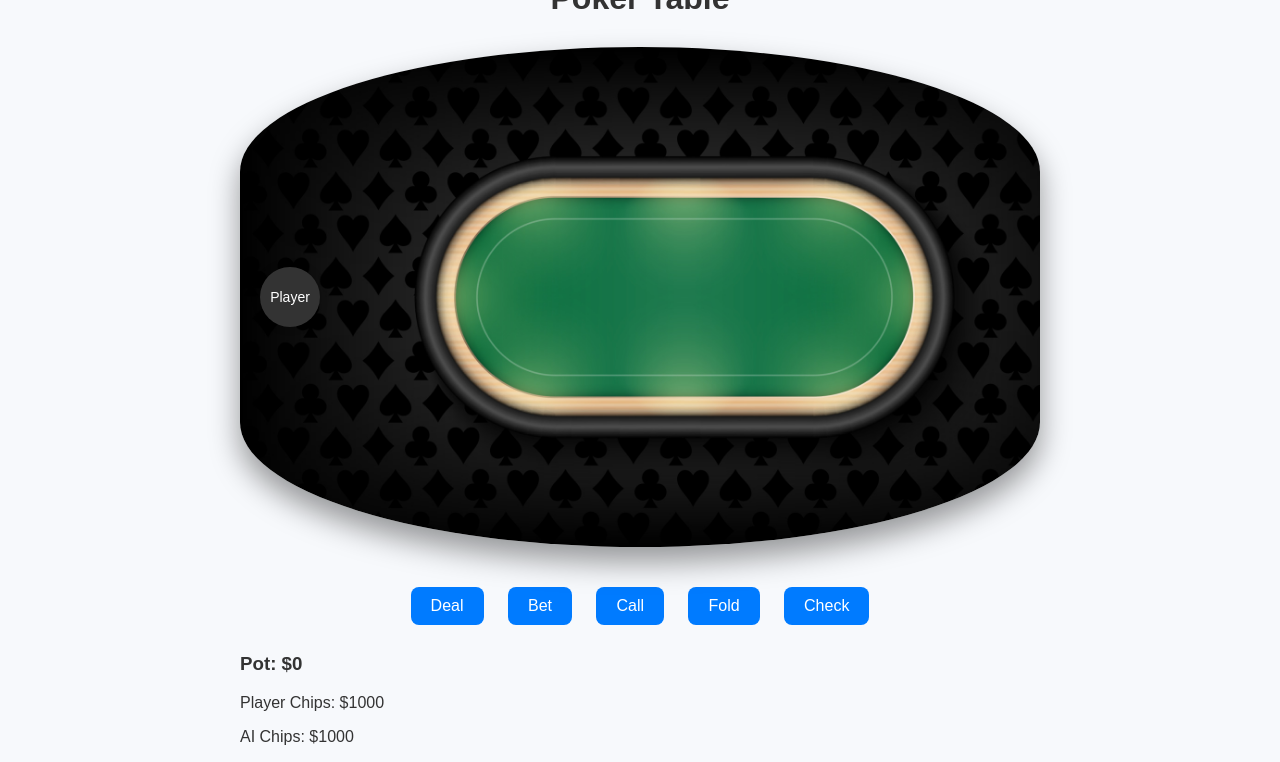
Repository: KidBillionaire/newapp
Page: public/playTable.html
These files come from the project's save history. The page is drawn as it stood at one moment and after the next save; the edit follows.
The browser window is 1280 px wide. The pictures show the whole page.

Above is the page before, as saved 2024-10-10 17:46:19.

After the next save:
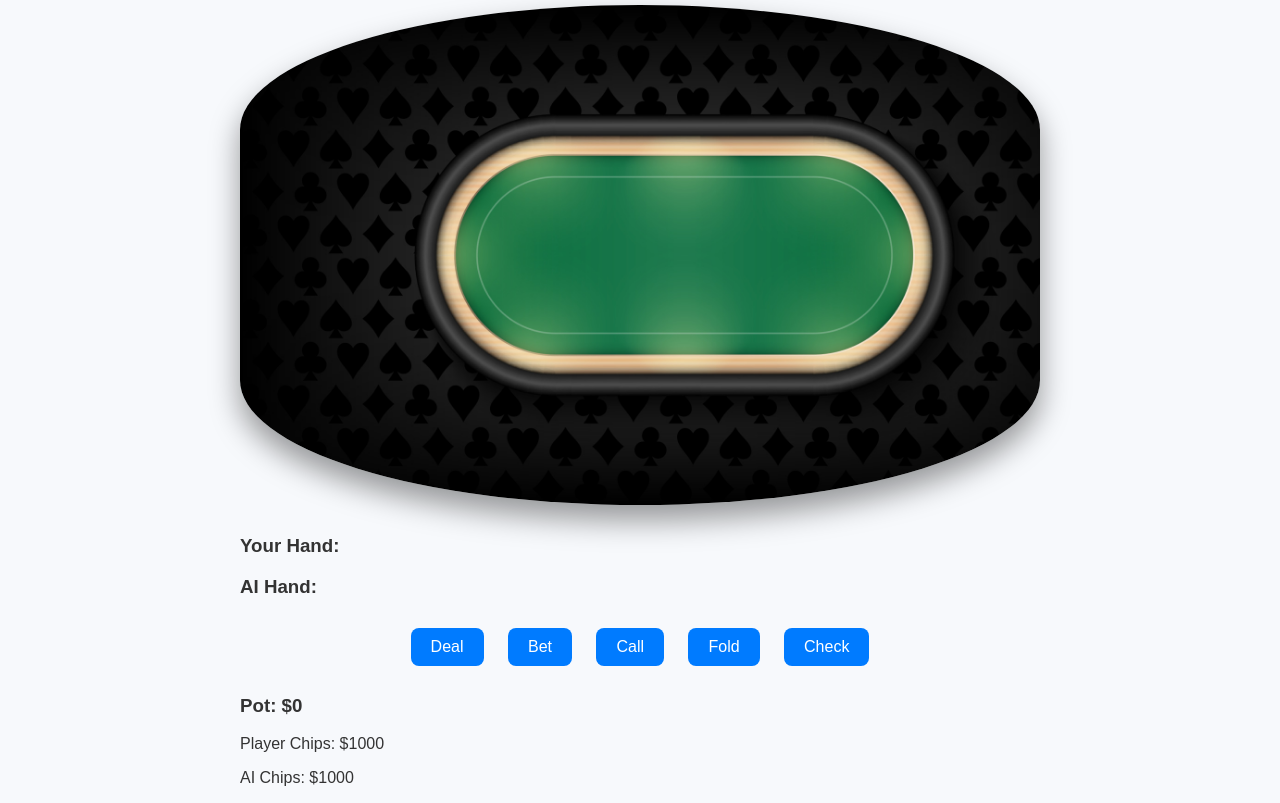
Saved 33 s later.
--- a/public/playTable.html
+++ b/public/playTable.html
@@ -3,14 +3,16 @@
 <head>
     <meta charset="UTF-8">
     <meta name="viewport" content="width=device-width, initial-scale=1.0">
-    <title>Sit Down at the Poker Table</title>
+    <title>Play Poker Table</title>
     <link rel="stylesheet" href="styles.css">
 </head>
 <body>
     <div class="container">
         <h1 id="tableNameHeading">Poker Table</h1>
+
+        <!-- Poker Table Container -->
         <div id="pokerTableContainer">
-            <!-- Seats will be dynamically populated here -->
+            <!-- Community Cards Container -->
             <div id="communityCardsContainer">
                 <div class="community-card" id="card1"></div>
                 <div class="community-card" id="card2"></div>
@@ -18,6 +20,16 @@
                 <div class="community-card" id="card4"></div>
                 <div class="community-card" id="card5"></div>
             </div>
+        </div>
+
+        <!-- Player Hand and AI Hand Containers -->
+        <div id="playerHandContainer">
+            <h3>Your Hand:</h3>
+            <div id="playerHand" class="hand-container"></div>
+        </div>
+        <div id="aiHandContainer">
+            <h3>AI Hand:</h3>
+            <div id="aiHand" class="hand-container"></div>
         </div>
 
         <!-- Action Buttons -->
@@ -29,13 +41,15 @@
             <button id="checkButton" disabled>Check</button>
         </div>
 
-        <!-- Player Information and Pot -->
+        <!-- Player Information and Pot Display -->
         <div id="playerInfo">
             <h3 id="currentPot">Pot: $0</h3>
             <p id="playerChips">Player Chips: $1000</p>
             <p id="aiChips">AI Chips: $1000</p>
         </div>
     </div>
+
+    <!-- JavaScript for Game Logic -->
     <script>
         // Grab references to HTML elements
         const pokerTableContainer = document.getElementById('pokerTableContainer');
@@ -44,7 +58,6 @@
         const callButton = document.getElementById('callButton');
         const foldButton = document.getElementById('foldButton');
         const checkButton = document.getElementById('checkButton');
-        const tableNameHeading = document.getElementById('tableNameHeading');
         const currentPotDisplay = document.getElementById('currentPot');
         const playerChipsDisplay = document.getElementById('playerChips');
         const aiChipsDisplay = document.getElementById('aiChips');
@@ -54,12 +67,9 @@
         let playerChips = 1000;
         let aiChips = 1000;
         let pot = 0;
-        let currentBet = 0;
-        let playerBet = 0;
-        let aiBet = 0;
-        let playerSeated = false;
         let playerHand = [];
         let aiHand = [];
+        let currentCardIndex = 3; // Start at 3 since the first 3 are already dealt in the flop
 
         // Function to update the Pot display
         function updatePotDisplay() {
@@ -68,22 +78,38 @@
 
         // Function to handle dealing cards
         function dealCards() {
-            if (!playerSeated) {
-                alert('Please take a seat to start the game!');
-                return;
-            }
+            dealButton.disabled = true; // Disable Deal button after dealing
+            pot = 0; // Reset the pot
+            currentCardIndex = 3; // Reset card index for a new round
 
-            dealButton.disabled = true; // Disable Deal button after dealing
-
-            // Reset and deal hands
-            pot = 0;
+            // Deal hands to player and AI
             playerHand = [randomCard(), randomCard()];
             aiHand = [randomCard(), randomCard()];
 
             console.log(`Your hand: ${playerHand.join(', ')}`);
             console.log(`AI hand: ${aiHand.join(', ')}`);
 
-            // Show flop cards (after a short delay for visual effect)
+            // Display player hand
+            const playerHandContainer = document.getElementById('playerHand');
+            playerHandContainer.innerHTML = ''; // Clear any previous cards
+            playerHand.forEach(card => {
+                const cardElement = document.createElement('div');
+                cardElement.className = 'hole-card';
+                cardElement.textContent = card;
+                playerHandContainer.appendChild(cardElement);
+            });
+
+            // Display AI hand (face-down)
+            const aiHandContainer = document.getElementById('aiHand');
+            aiHandContainer.innerHTML = ''; // Clear any previous cards
+            aiHand.forEach(() => {
+                const cardElement = document.createElement('div');
+                cardElement.className = 'hole-card face-down';
+                cardElement.textContent = '??';
+                aiHandContainer.appendChild(cardElement);
+            });
+
+            // Show the flop cards (after a short delay for visual effect)
             setTimeout(() => {
                 communityCards[0].textContent = randomCard();
                 communityCards[1].textContent = randomCard();
@@ -97,39 +123,7 @@
             }, 1000);
         }
 
-        // Function to populate seats around the table
-        function setupTable() {
-            const xRadius = 350;
-            const yRadius = 200;
-            const centerX = 400;
-            const centerY = 250;
-
-            const seat = document.createElement('div');
-            seat.className = 'seat';
-            seat.textContent = "Player";
-            seat.setAttribute('data-seat', 'player');
-            seat.addEventListener('click', takeSeat);
-            pokerTableContainer.appendChild(seat);
-
-            const angle = (1 / 2) * (2 * Math.PI); // Position the player at the bottom
-            const x = centerX + xRadius * Math.cos(angle) - (seat.offsetWidth / 2);
-            const y = centerY + yRadius * Math.sin(angle) - (seat.offsetHeight / 2);
-
-            seat.style.left = `${x}px`;
-            seat.style.top = `${y}px`;
-        }
-
-        // Player takes a seat
-        function takeSeat(event) {
-            const seat = event.target;
-            seat.textContent = 'You';
-            seat.style.backgroundColor = '#00cc44';
-            playerSeated = true;
-            dealButton.disabled = false; // Enable deal button
-        }
-
         // Function to reveal the next community card
-        let currentCardIndex = 3; // Start at 3 since the first 3 are already dealt in the flop
         function revealNextCommunityCard() {
             if (currentCardIndex < communityCards.length) {
                 communityCards[currentCardIndex].textContent = randomCard(); // Deal next card
@@ -163,23 +157,16 @@
         // Event Listeners
         dealButton.addEventListener('click', dealCards);
         betButton.addEventListener('click', () => {
-            const betAmount = 10; // Fixed bet amount for now (you can replace this with input)
+            const betAmount = 10; // Fixed bet amount for now
             pot += betAmount; // Add the bet to the pot
-            updatePotDisplay(); // Update the pot display
-
-            console.log(`You bet $${betAmount}. Total Pot: $${pot}`);
-
-            // Reveal the next community card based on the phase of the game
-            revealNextCommunityCard();
+            playerChips -= betAmount;
+            updatePotDisplay();
+            playerChipsDisplay.textContent = `Player Chips: $${playerChips}`;
+            revealNextCommunityCard(); // Reveal next community card
         });
 
         foldButton.addEventListener('click', () => console.log('You folded!'));
         checkButton.addEventListener('click', () => console.log('You checked!'));
-
-        setupTable(); // Initialize the table
-
-
     </script>
-
 </body>
 </html>
